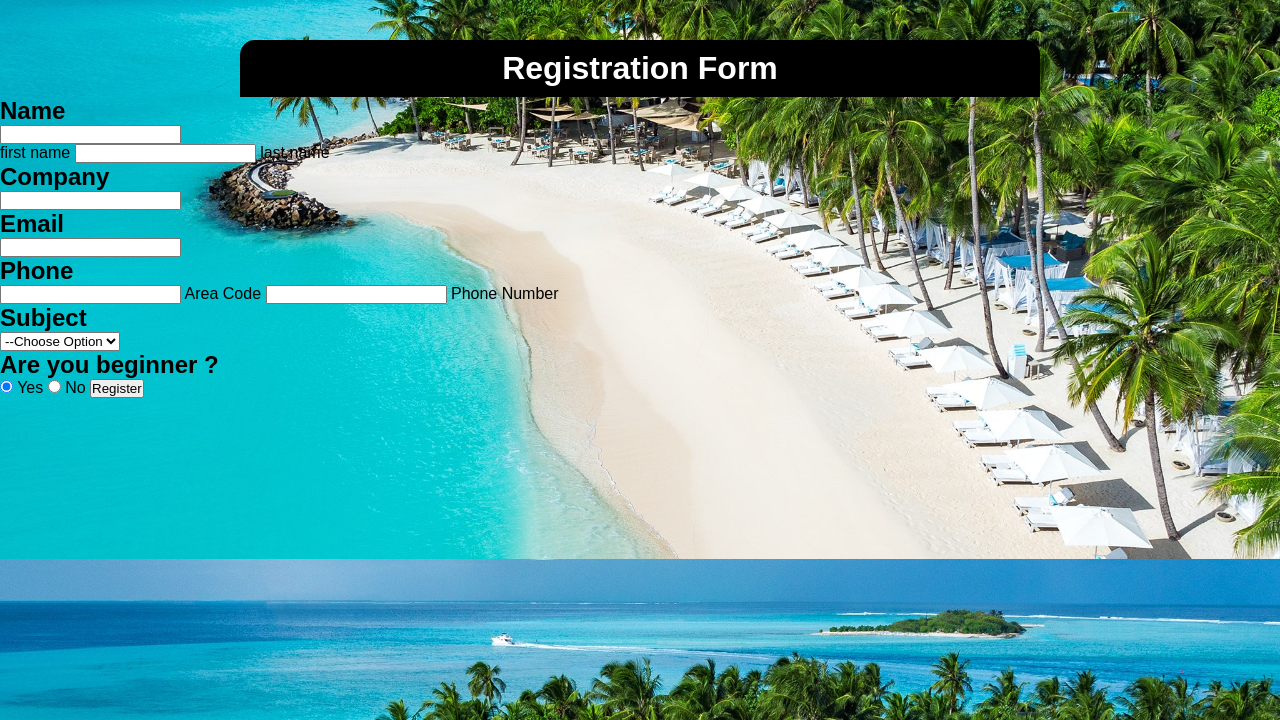
Repository: sudeepa88/Registration-Form
Page: registration.html
The author's editor kept a copy of each file at every save. The page is drawn from the files as they stood at one save, then again after the next save.
The browser window is 1280 px wide. The pictures show the whole page.

Above is the page before, as saved 2022-01-11 22:51:27.

After the next save:
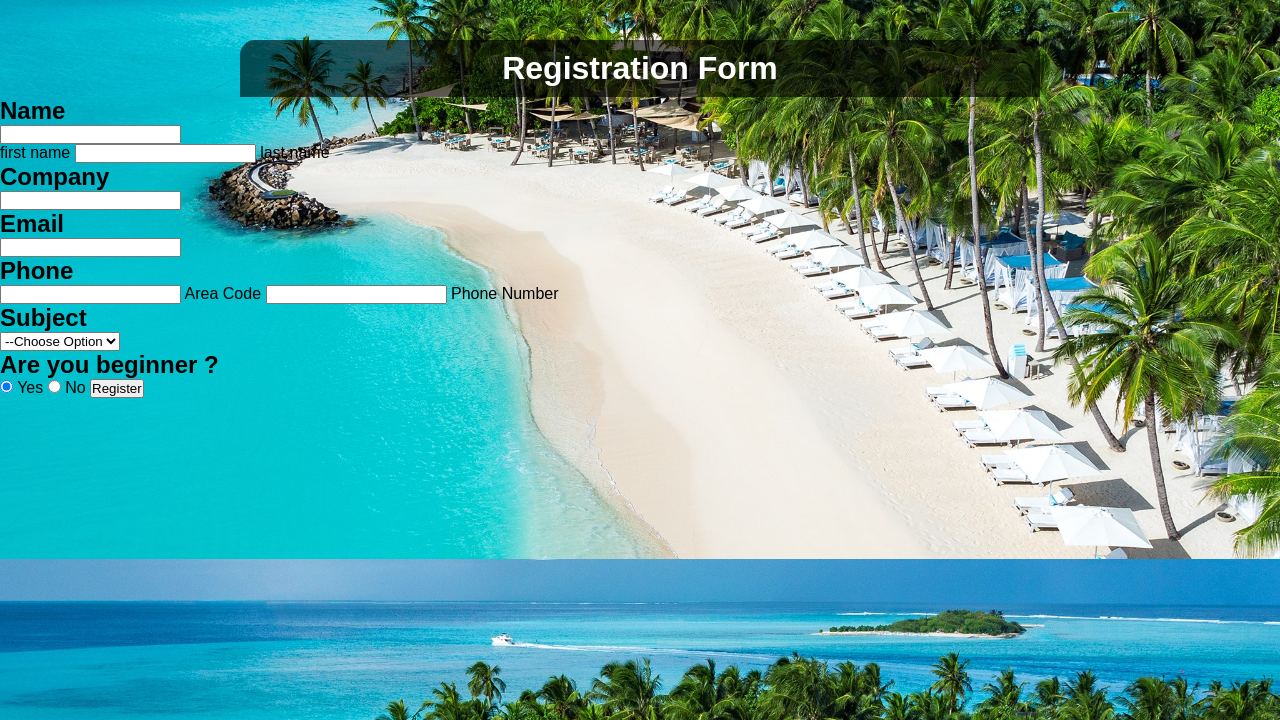
Saved 20 s later.
--- a/registration.html
+++ b/registration.html
@@ -19,7 +19,7 @@
        }
        .regform{
            width: 800px;
-           background-color: rgb(0,0,0,6);
+           background-color: rgb(0,0,0,0.6);
            margin:auto;
            color: #FFFFFF;
            padding: 10px 0px 10px 0px;
